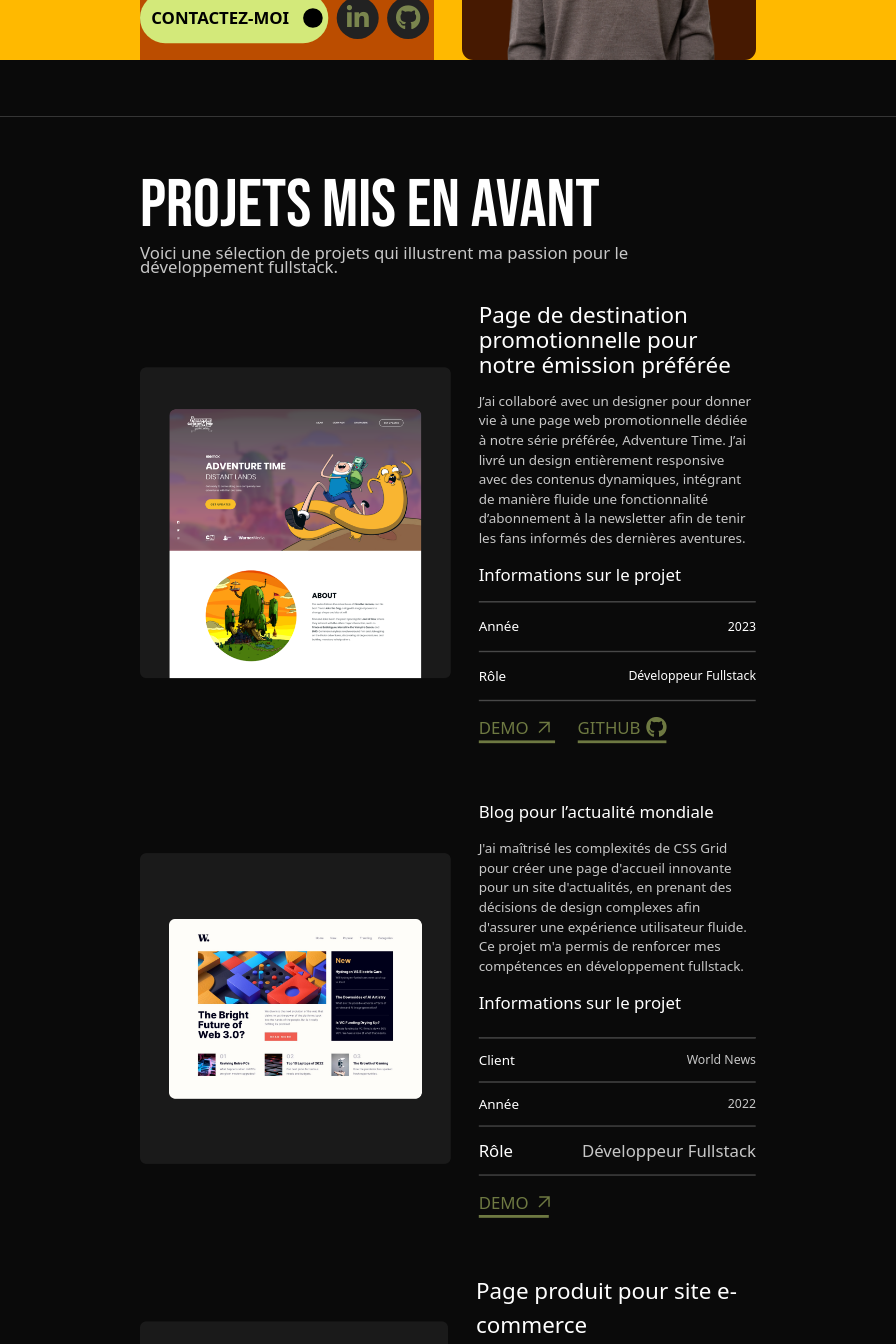
Repository: muslimdrame37-oss/Portfolio1
Page: src/index.html
An editor plug-in stored every save of this project. The page is shown before and after a run of saves, followed by the edit.
The browser window is 1280 px wide. The pictures show the part of the page from y = 494 to 2414 px (the page is 4468 px tall before and 4420 px after), at 70% of full size.
Some web fonts or font styles are not loaded; a fallback is used. Some web libraries are served in a nearby version.

Above is the page before, as saved 2026-02-11 20:47:32.

After the next 2 saves:
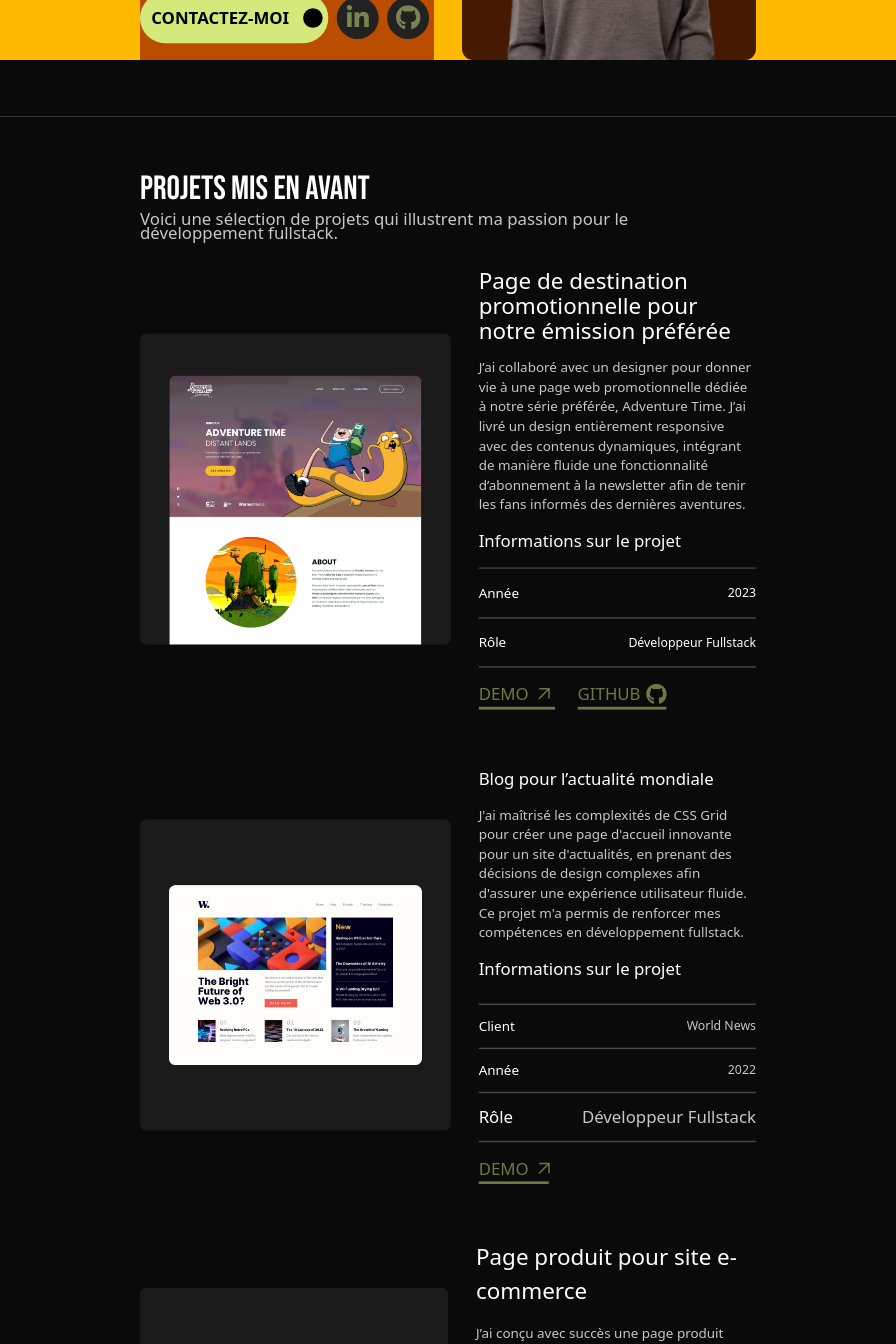
The 2 saves are shown as one change because they came seconds apart.
The last was saved 87 s later.
--- a/src/index.html
+++ b/src/index.html
@@ -84,7 +84,7 @@
 
         <section class="flex flex-col px-8 mt-20 lg:px-50">
             <div class="flex flex-col gap-2">
-                <h2 class="text-4xl text-white font-bebas lg:text-8xl">PROJETS MIS EN AVANT</h2>
+                <h2 class="text-4xl text-white font-bebas lg:text-5xl">PROJETS MIS EN AVANT</h2>
                 <p class="text-2xl text-[#C7C7C7] leading-5">Voici une sélection de projets qui illustrent ma passion pour le développement fullstack.</p>
             </div>
             <div class="flex flex-col lg:flex-row gap-10 mt-10 lg:w-[1,224px] justify-center items-center">
